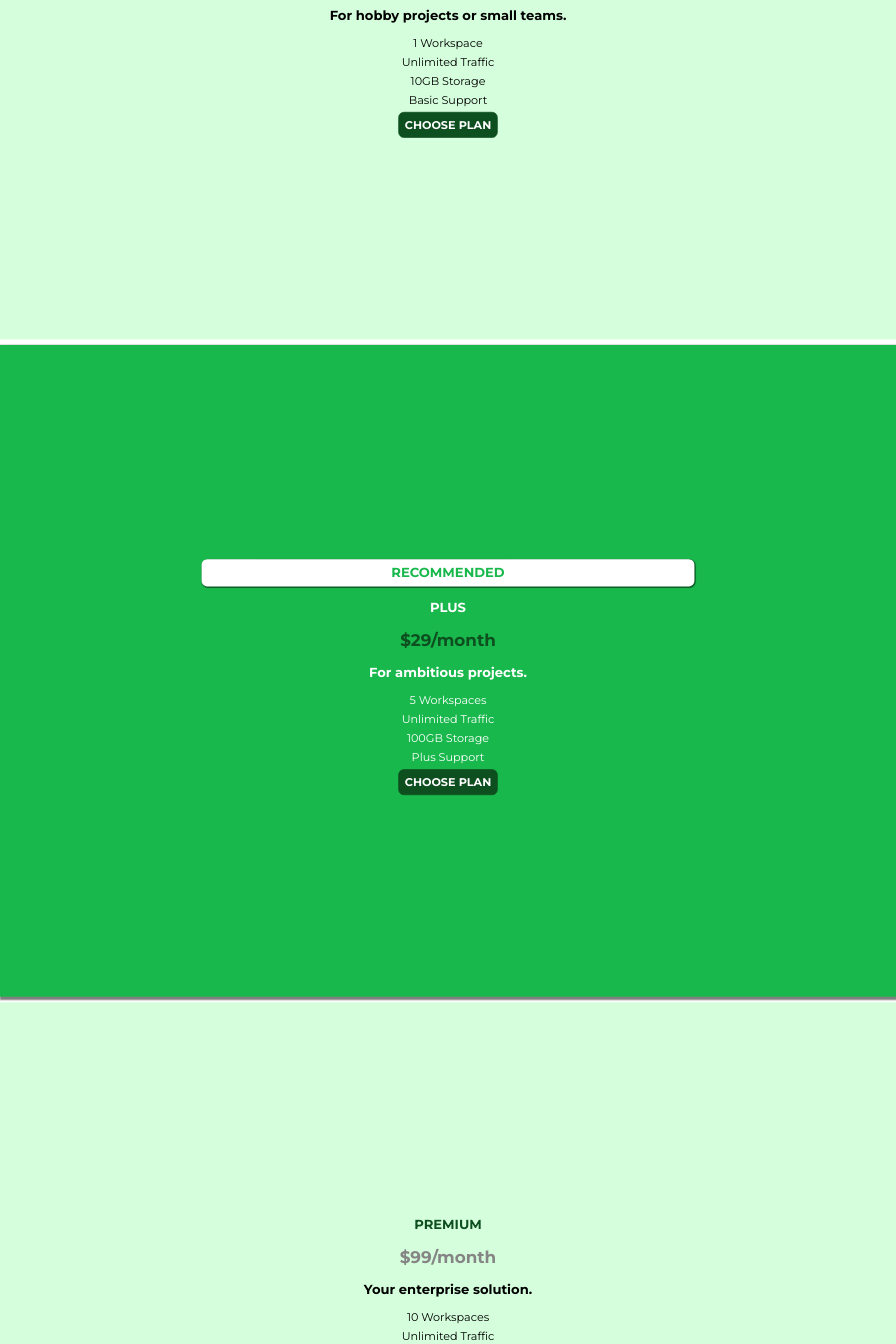
Repository: luacooli/css-course
Page: my_project/index.html
An editor plug-in stored every save of this project. The page is shown before and after the next save, followed by the edit.
The browser window is 1280 px wide. The pictures show the part of the page from y = 787 to 2707 px (the page is 3620 px tall), at 70% of full size.

Above is the page before, as saved 2020-09-16 07:02:13.

After the next save:
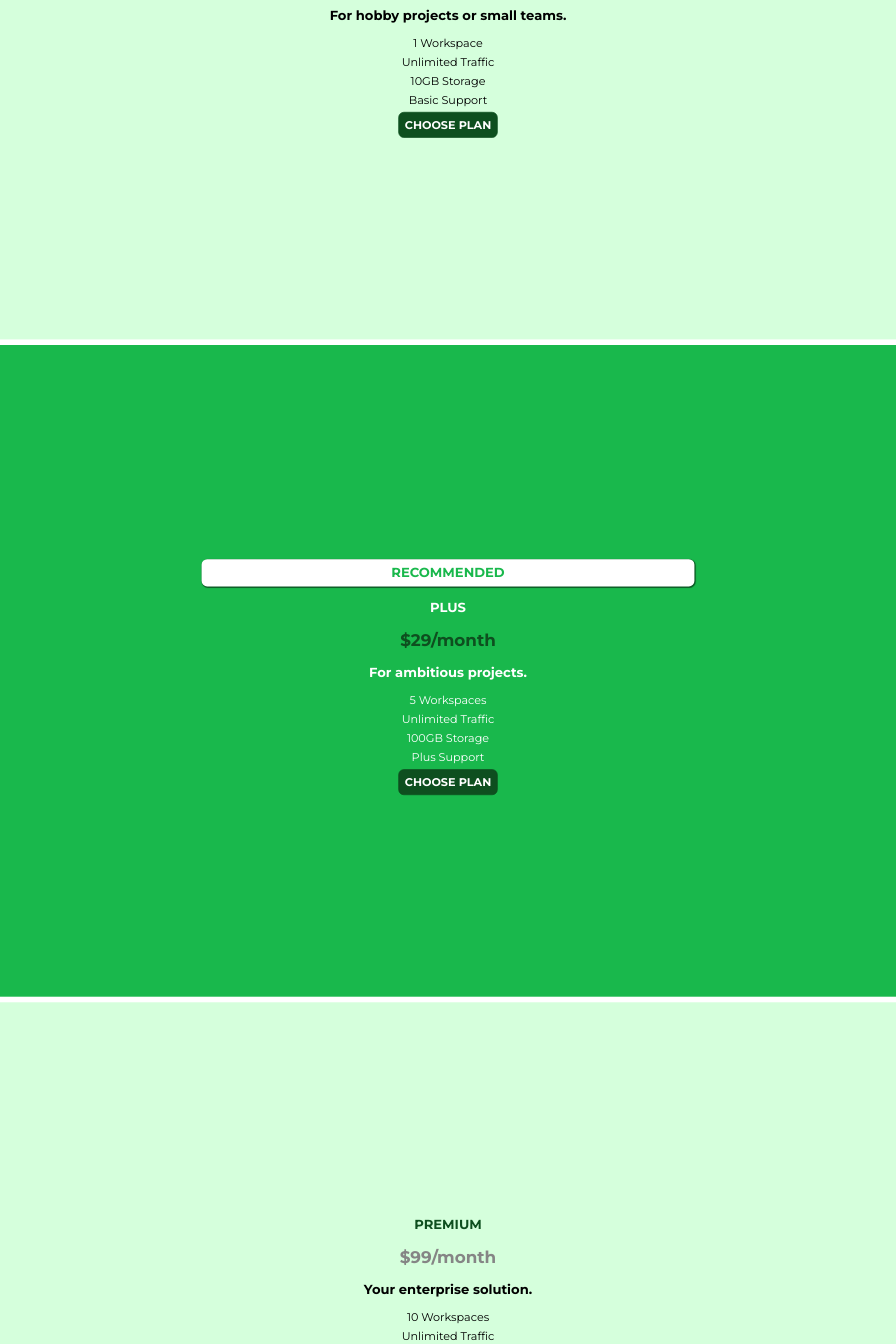
Saved 2 min 18 s later.
--- a/my_project/main.css
+++ b/my_project/main.css
@@ -58,7 +58,7 @@
 .plan--highlighted {
   background: #19b84c;
   color: white;
-  box-shadow: 2px 2px 2px 2px rgba(0, 0, 0, 0.5);
+  /* box-shadow: 2px 2px 2px 2px rgba(0, 0, 0, 0.5); */
 }
 
 .plan__annotation {
